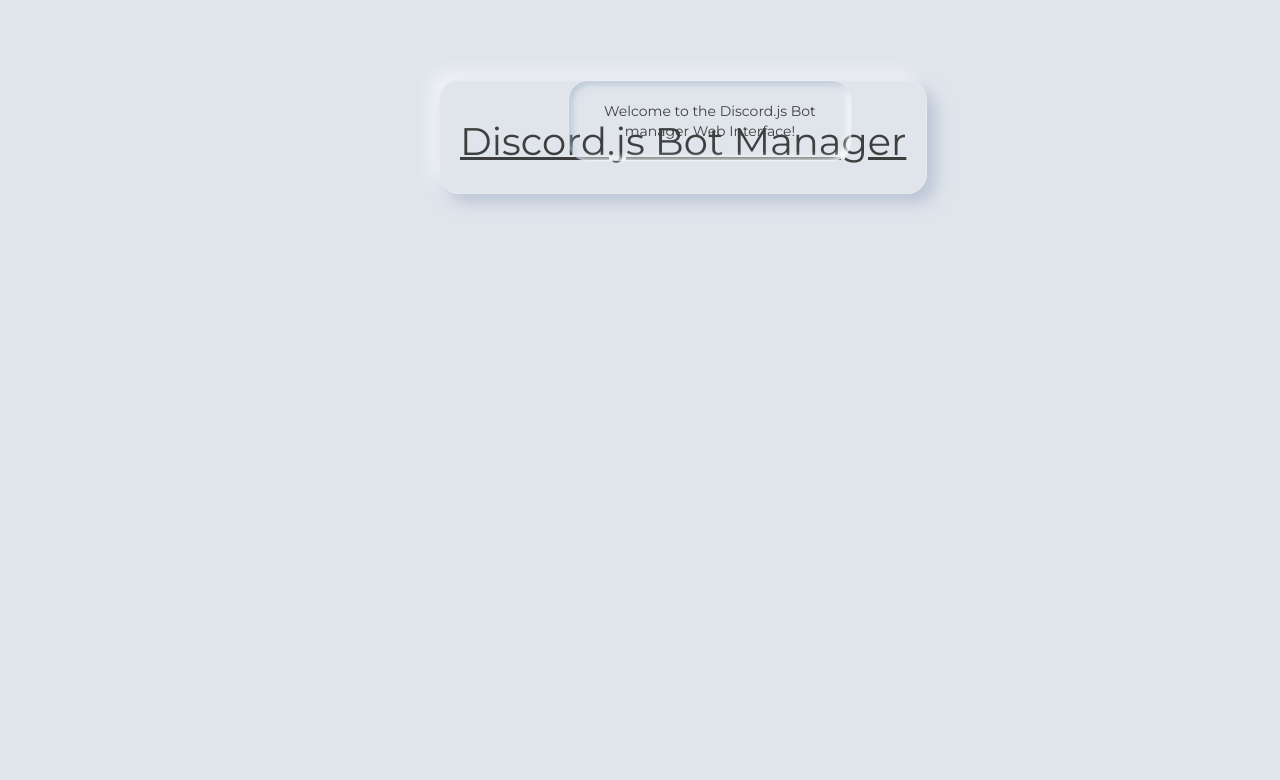
Repository: O-Schell/Discord-Bot-Manager
Page: Web_Interface/main.HTML
An editor plug-in stored every save of this project. The page is shown before and after the next save, followed by the edit.
The browser window is 1280 px wide. The pictures show the whole page.
The style sheet was rebuilt from its Sass, Less or Tailwind sources for each picture, by a compiler version that may differ from the author's.

Above is the page before, as saved 2020-11-24 19:25:56.
Not found: Web_Interface/script.js

After the next save:
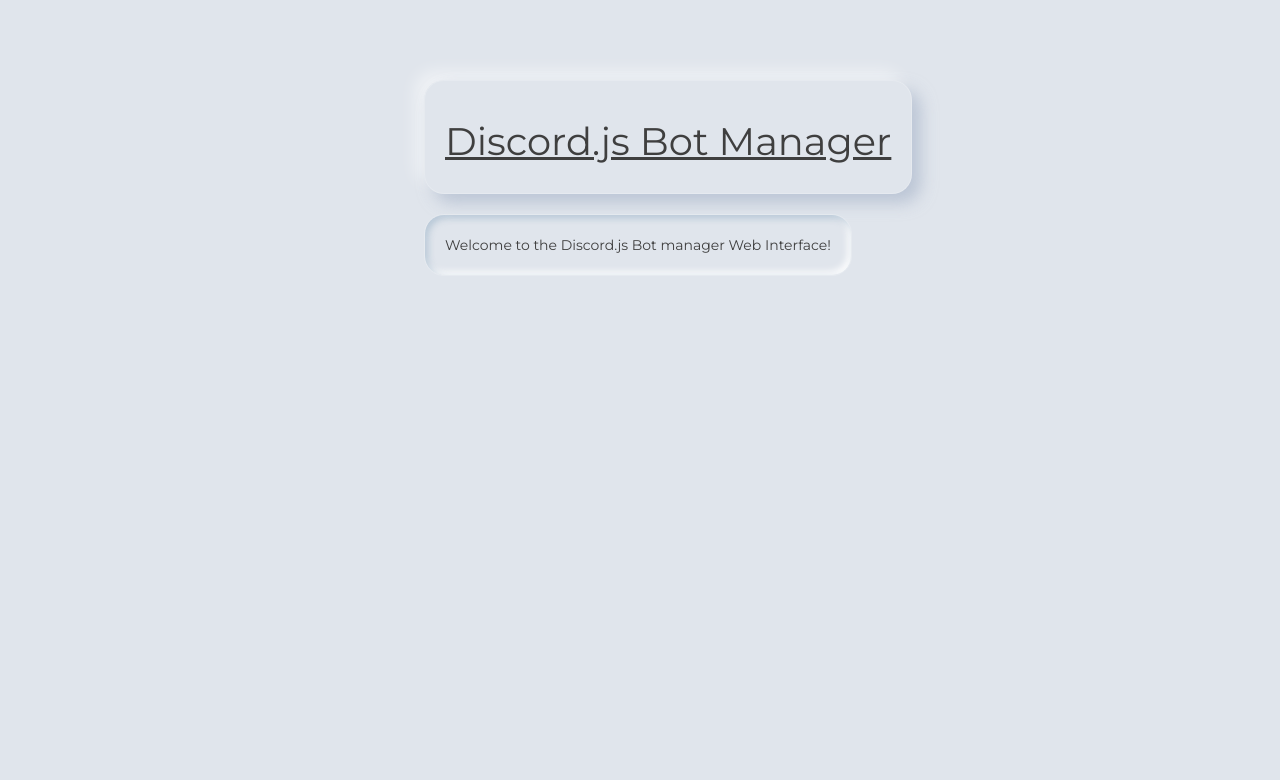
Saved 10 s later.
--- a/Web_Interface/main.HTML
+++ b/Web_Interface/main.HTML
@@ -10,7 +10,7 @@
   <body>
     <div class="container wrapper" style="padding-left: 30%; padding-right: 30%;">
       <div class="row">
-        <div class="card-w col-md-4">
+        <div class="card-w">
           <div class="card neumorphism" style="width: max-content">
             <div class="card__icon"></div>
             <div class="card__text">

After the save that followed:
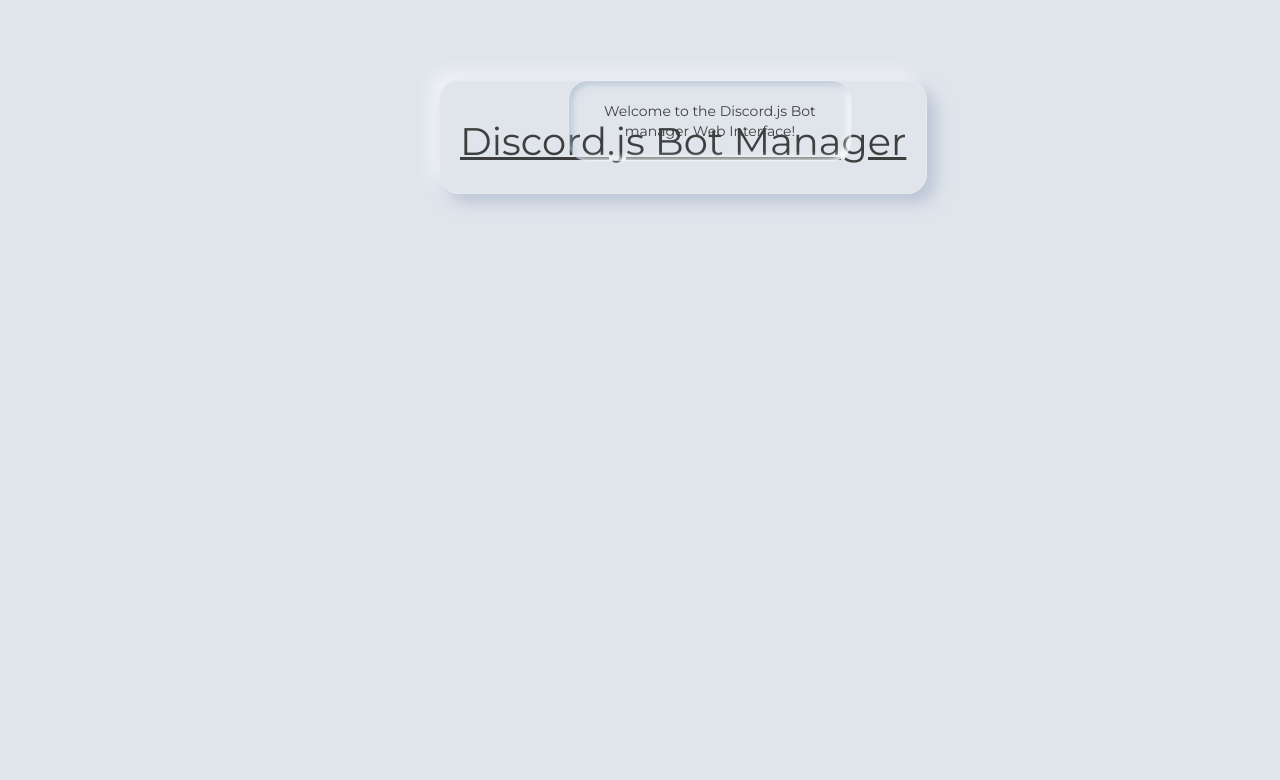
Saved 6 s later.
--- a/Web_Interface/main.HTML
+++ b/Web_Interface/main.HTML
@@ -10,7 +10,7 @@
   <body>
     <div class="container wrapper" style="padding-left: 30%; padding-right: 30%;">
       <div class="row">
-        <div class="card-w">
+        <div class="card-w col-md-4">
           <div class="card neumorphism" style="width: max-content">
             <div class="card__icon"></div>
             <div class="card__text">
